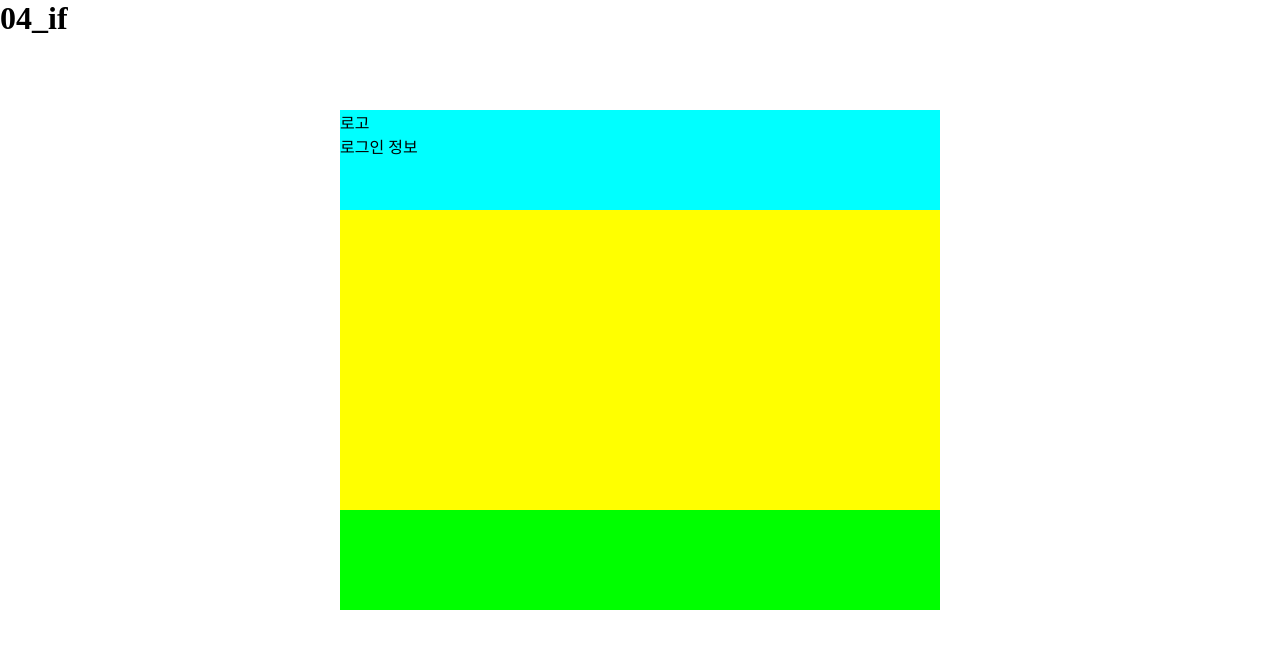
Repository: psun2/Korea-IT-Academy
Page: (back up) _ 오전/study_a/web_work/scriptProj/WebContent/first/04_if.html
These files come from the project's save history. The page is drawn as it stood at one moment and after the next save; the edit follows.
The browser window is 1280 px wide. The pictures show the whole page.

Above is the page before, as saved 2020-07-30 04:30:24.

### (back up) _ 오전/study_a/web_work/scriptProj/WebContent/first/04_if.html
<!DOCTYPE html>
<html>
<head>
<meta charset="UTF-8">
<title>04_if</title>
<style>
html, body{
	width:100%;
	height:100%;
}
*{
	margin:0;
	padding:0;
}
.wrapper{
	/*margin:0 auto;*/
	left: 50%;
	top: 50%;
	margin-left:-300px;
	margin-top:-250px;
	position: absolute;
	width:600px;
	height: 500px;
	background: #f00;
}
header{
	width:100%;
	height: 100px;
	background: #0ff;
}
section{
	width:100%;
	height: 300px;
	background: #ff0;
}
footer{
	width:100%;
	height: 100px;
	background: #0f0;
}
</style>
</head>
<body>
<h1>04_if</h1>
<div class="wrapper">
	<header>
	<div>로고</div>
	<div>
		로그인 정보
	</div>
	</header>
	<section></section>
	<footer></footer>
</div>
</body>
</html>

After the next save:
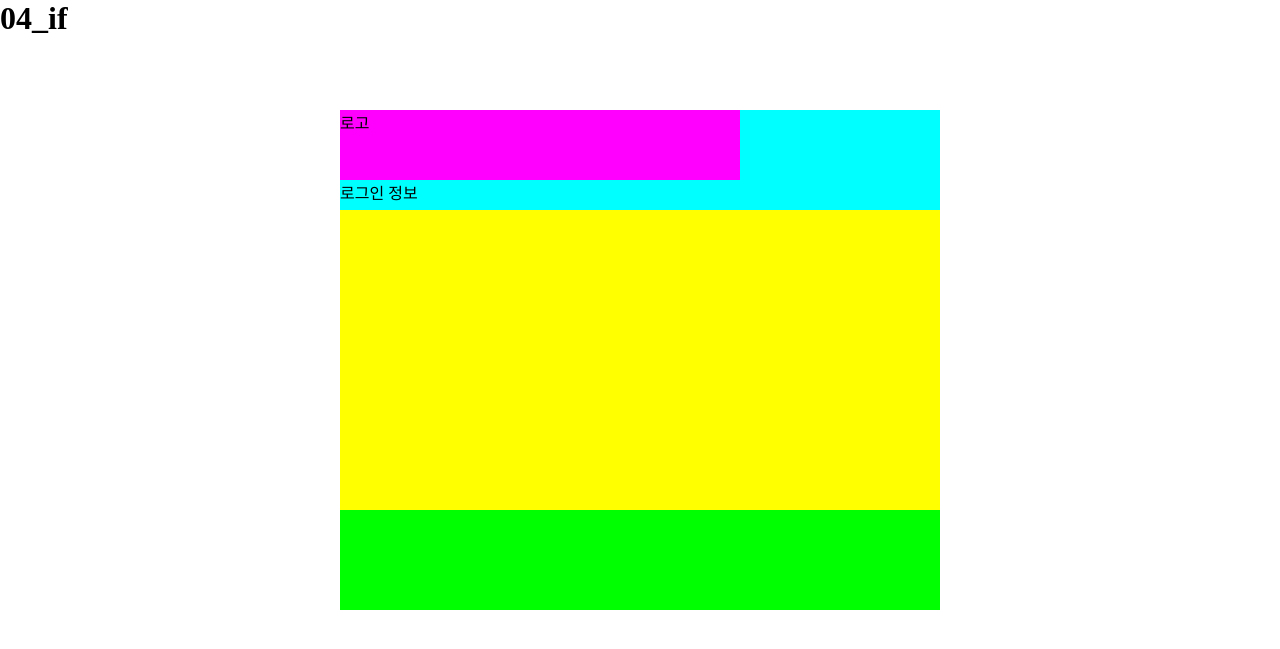
Saved 112 s later.
--- a/(back up) _ 오전/study_a/web_work/scriptProj/WebContent/first/04_if.html
+++ b/(back up) _ 오전/study_a/web_work/scriptProj/WebContent/first/04_if.html
@@ -38,16 +38,21 @@ footer{
 	height: 100px;
 	background: #0f0;
 }
+.logo{
+	width:400px;
+	height:70px;
+	background: #f0f;
+}
 </style>
 </head>
 <body>
 <h1>04_if</h1>
 <div class="wrapper">
 	<header>
-	<div>로고</div>
-	<div>
-		로그인 정보
-	</div>
+		<div class='logo'>로고</div>
+		<div class='loginDiv'>
+			로그인 정보
+		</div>
 	</header>
 	<section></section>
 	<footer></footer>
